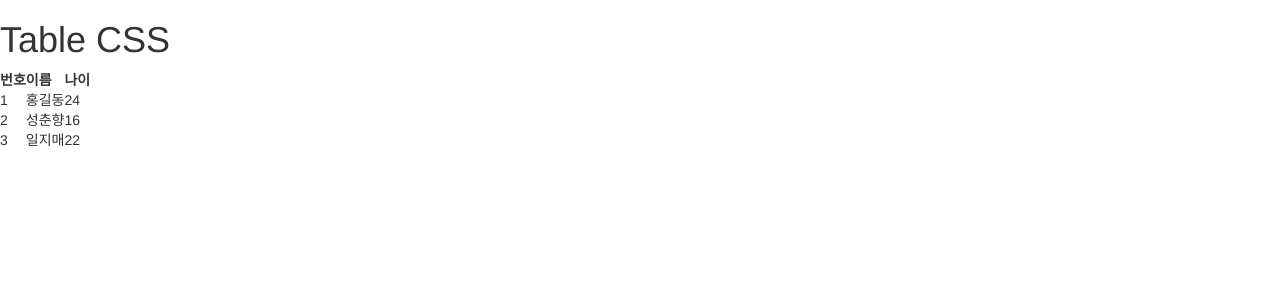
Repository: suhong99/htmlLecture
Page: cssSample2/src/main/webapp/index3.html
These files come from the project's save history. The page is drawn as it stood at one moment and after the next save; the edit follows.
The browser window is 1280 px wide. The pictures show the whole page.

Above is the page before, as saved 2023-06-22 02:24:13.

### cssSample2/src/main/webapp/index3.html
<!DOCTYPE html>
<html>
<head>
<meta charset="UTF-8">
<title>Insert title here</title>
  <meta name="viewport" content="width=device-width, initial-scale=1">
  <link rel="stylesheet" href="https://maxcdn.bootstrapcdn.com/bootstrap/3.4.1/css/bootstrap.min.css">
  <script src="https://ajax.googleapis.com/ajax/libs/jquery/3.6.4/jquery.min.js"></script>
  <script src="https://maxcdn.bootstrapcdn.com/bootstrap/3.4.1/js/bootstrap.min.js"></script>
</head>

<body>
<h1>Table CSS</h1>
<table>
	<thead>
		<tr>
			<th>번호</th>
			<th>이름</th>
			<th>나이</th>
		</tr>
		<tbody>
			<tr>
				<td class="center">1</td><td>홍길동</td><td>24</td>
			</tr>
			<tr>
				<td class="center">2</td><td>성춘향</td><td>16</td>
			</tr>
			<tr>
				<td class="center">3</td><td>일지매</td><td>22</td>
			</tr>
		</tbody>
	</thead>
</table>
</body>
</html>

After the next save:
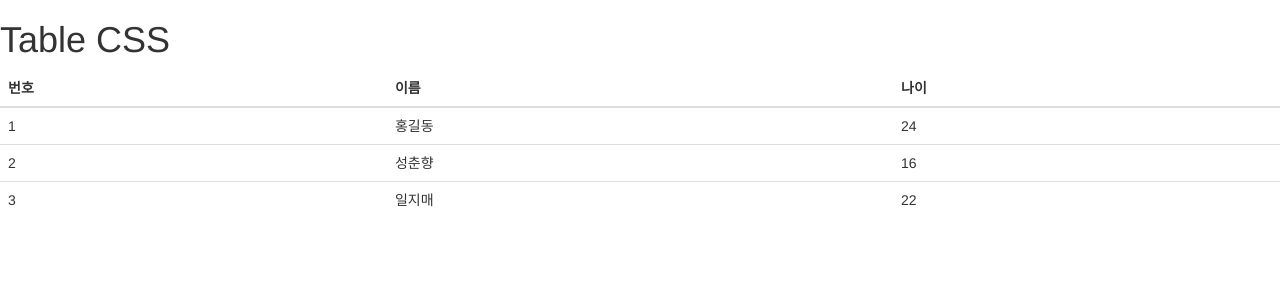
Saved 99 s later.
--- a/cssSample2/src/main/webapp/index3.html
+++ b/cssSample2/src/main/webapp/index3.html
@@ -11,7 +11,7 @@
 
 <body>
 <h1>Table CSS</h1>
-<table>
+<table class="table table-hover">
 	<thead>
 		<tr>
 			<th>번호</th>
